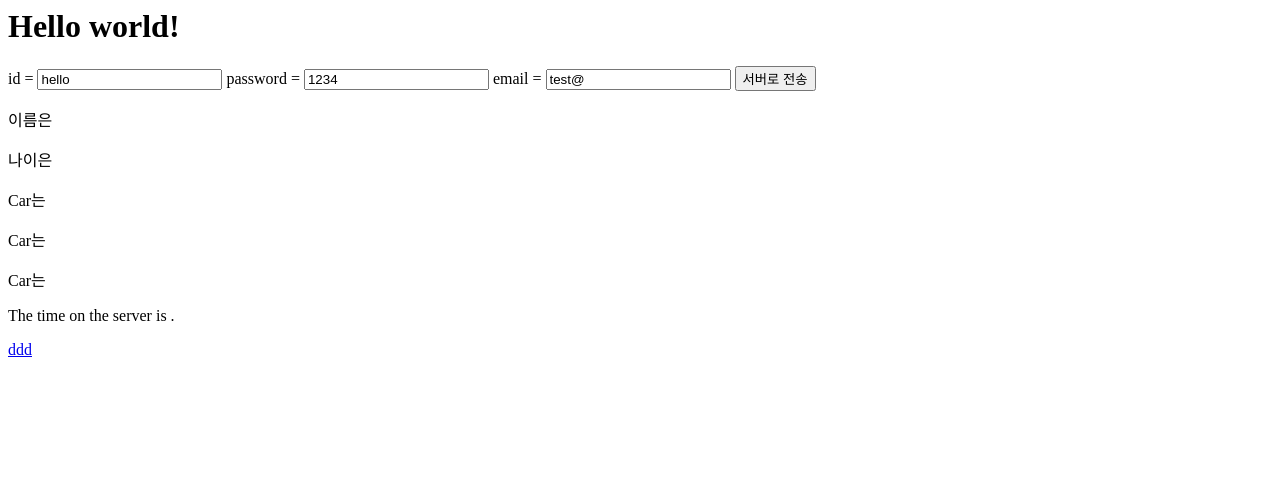
Repository: leessol/spring1
Page: http://localhost/springMVCProject/WEB-INF/views/home.jsp
An editor plug-in stored every save of this project. The page is shown before and after the next save, followed by the edit.
The browser window is 1280 px wide. The pictures show the whole page.
The page is served by Tomcat 9. Nobody is signed in. The template is opened directly, without the code that normally fills it, so the values that code supplies are empty.

Above is the page before, as saved 2023-05-04 02:46:12.

After the next save:
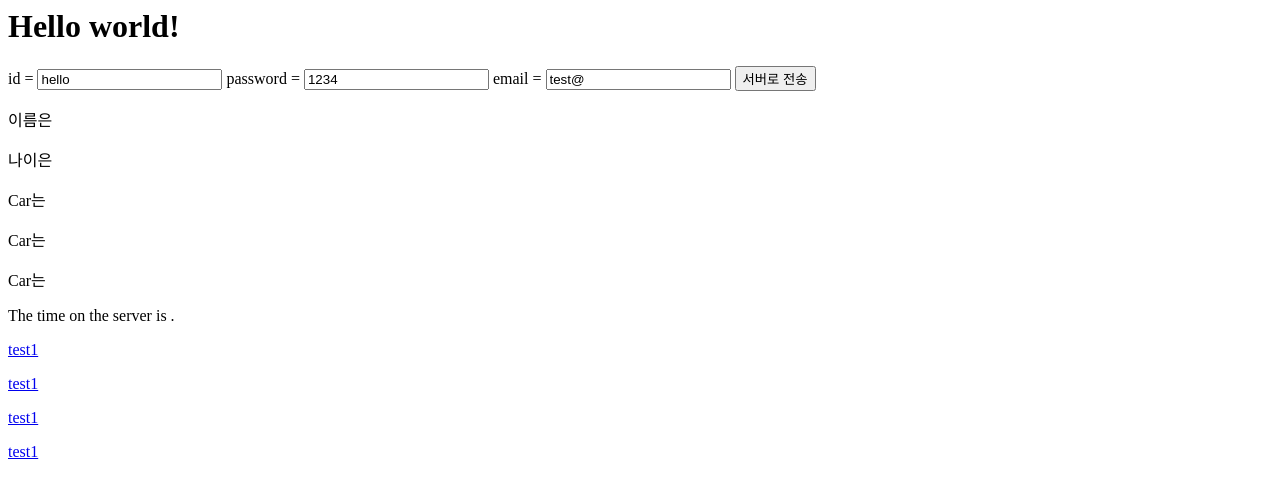
Saved 30 s later.
--- a/springMVCProject/src/main/webapp/WEB-INF/views/home.jsp
+++ b/springMVCProject/src/main/webapp/WEB-INF/views/home.jsp
@@ -25,6 +25,9 @@
 <p>Car는 ${mycar.price }</p>
 <P>  The time on the server is ${serverTime}. </P>
 
-<p><a href="/first/sample1">ddd</a></p>
+<p><a href="/first/sample1">test1</a></p>
+<p><a href="/first/sample2">test1</a></p>
+<p><a href="/first/sample1">test1</a></p>
+<p><a href="/first/sample1">test1</a></p>
 </body>
 </html>
